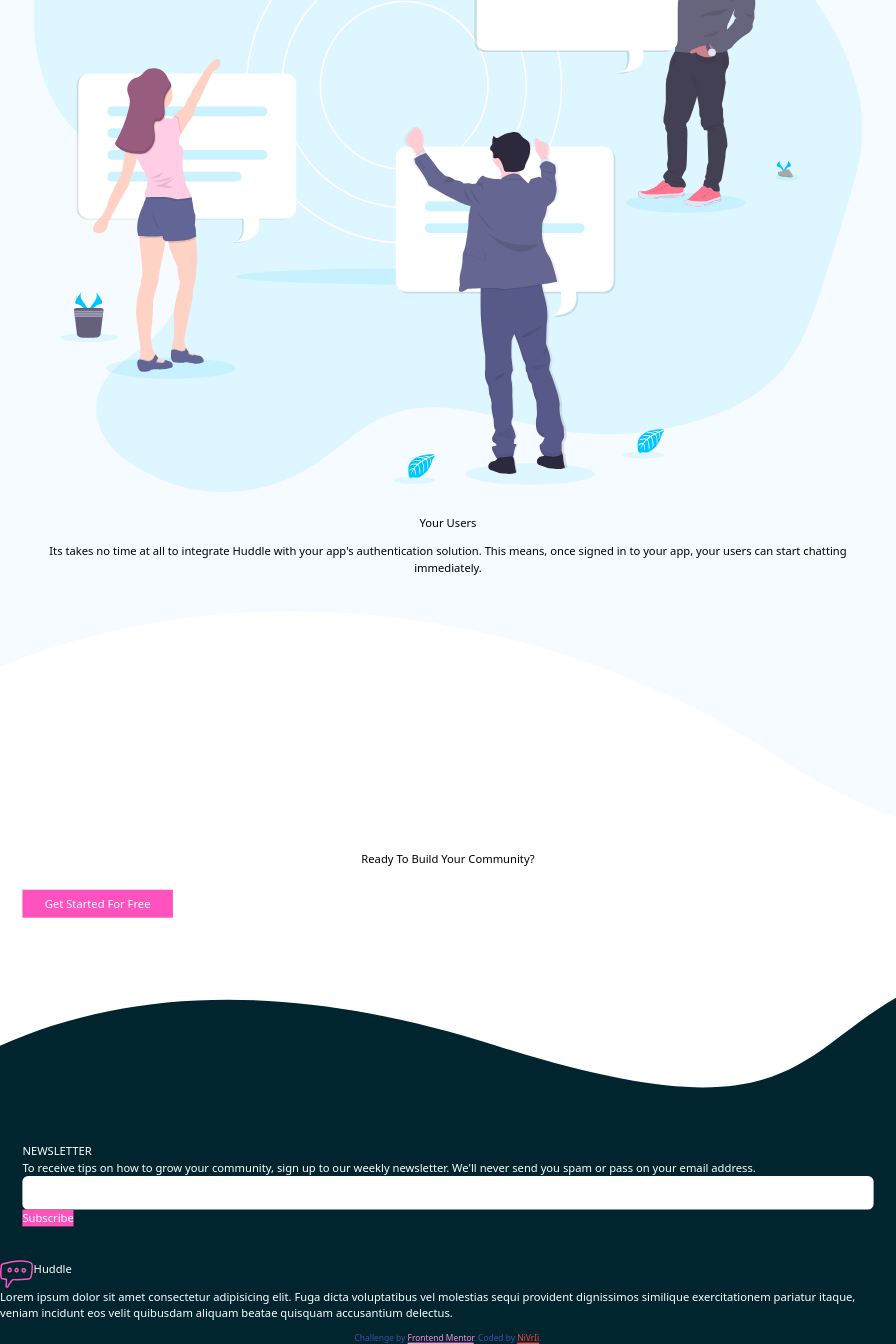
Repository: nivrii/huddle-landing-page-with-curved-sections-master
Page: /
These files come from the project's save history. The page is drawn as it stood at one moment and after the next save; the edit follows.
The browser window is 1280 px wide. The pictures show the part of the page from y = 4580 to 6500 px (the page is 6516 px tall before and 6484 px after), at 70% of full size.
The project was rebuilt for these pictures with package versions that can differ from the ones it lists, and the page was loaded fresh each time. Also part of the build but not shown: vite.config.js.

Above is the page before, as saved 2024-04-15 16:25:18.

### src/App.jsx
import "./App.css";
import message from "./assets/images/icon-messages.svg";
import communities from "./assets/images/icon-communities.svg";

import screenMockup from "./assets/images/screen-mockups.svg";
import grow from "./assets/images/illustration-grow-together.svg";
import users from "./assets/images/illustration-your-users.svg";
import conversation from "./assets/images/illustration-flowing-conversation.svg";

import sectionTop1M from "./assets/images/bg-section-top-mobile-1.svg";
import sectionTop2M from "./assets/images/bg-section-top-mobile-2.svg";
import sectionBottom1M from "./assets/images/bg-section-bottom-mobile-1.svg";
import sectionBottom2M from "./assets/images/bg-section-bottom-mobile-2.svg";
import footerTopM from "./assets/images/bg-footer-top-mobile.svg";

function App() {
  return (
    <div className=" box-border m-0 bg-white w-screen min-h-screen">
      <section className="p-2h">
        <div className="flex flex-row w-full">
          <div className="flex flex-row align-middle  w-3/5">
            <img src={message} className="my-auto w-8 h-8" />
            <h1 className="text-3xl font-Poppins text-Very-dark-cyan font-bold my-auto">
              Huddle
            </h1>
          </div>
          <div className="flex align-middle justify-end w-2/5">
            <input
              className="border-2 border-Light-pink text-Light-pink font-Poppins rounded-3xl px-6 py-2"
              type="button"
              value="Try It Free"
            />
          </div>
        </div>
      </section>

      <section>
        <div className="w-full ">
          <h1>Build The Community Your Fans Will Love</h1>
          <p className="text-wrap">
            Huddle re-imagines the way we build communities. You have a voice,
            so does your audience. Create connections with your users as you
            engage in genuine discussion
          </p>
          <input
            type="submit"
            name="start"
            className="outline-none text-white bg-Pink"
          />
        </div>
      </section>

      <section className="mt-4 m">
        <div className="mx-auto">
          <img src={screenMockup} className="object-contain" />
        </div>
      </section>

      <section className="flex flex-col justify-center">
        <div className="mx-auto w-1/2 ">
          <img src={communities} alt="communities" />
          <h1 className="w-full font-bold text-6xl">1.4k+</h1>
          <p>Communities Formed</p>
        </div>
        <div className="mx-auto w-1/2">
          <img src={message} alt="message" />
          <h1 className="w-full font-bold text-6xl">2.7m+</h1>
          <p>Messages Sent</p>
        </div>
      </section>

      <img src={sectionTop1M} alt="top-top" className="w-full" />

      <section className="flex flex-col space-y-8 bg-sectionBG px-8 py-12">
        <img src={grow} alt="" className="mb-12" />
        <div className="flex flex-col space-y-4 text-center">
          <h1>Grow Together</h1>
          <p>
            Generate meaningful discussions with your audience and build a
            strong, loyal community. Think of the insightful conversations you
            miss out on with a feedback form.
          </p>
        </div>
      </section>

      <img src={sectionBottom1M} alt="top-bottom" className="w-full" />

      <section className="flex flex-col space-y-8 my-20 px-8">
        <img src={conversation} alt="conversations" className="px-4" />
        <div className="flex flex-col space-y-4 text-center">
          <h1>Flowing Conversations</h1>
          <p>
            You wouldn&apos;t paginate a conversation in real life, so why do it
            online? Our threads have just-in-time loading for a more natural
            flow.
          </p>
        </div>
      </section>

      <img src={sectionTop2M} alt="bottom-top" className="w-full" />

      <section className="bg-sectionBG">
        <div className="flex flex-col space-y-8  px-8">
          <img src={users} alt="conversations" className="px-4" />
          <div className="flex flex-col space-y-4 text-center">
            <h1>Your Users</h1>
            <p>
              Its takes no time at all to integrate Huddle with your app&apos;s
              authentication solution. This means, once signed in to your app,
              your users can start chatting immediately.
            </p>
          </div>
        </div>
      </section>

      <img src={sectionBottom2M} alt="bottom-bottom" className="w-full" />

      <section className="flex flex-col space-y-8 mt-12 px-8 mb-28">
        <h1 className="text-center">Ready To Build Your Community?</h1>
        <input
          type="button"
          value="Get Started For Free"
          className="outline-none bg-Pink text-white w-fit py-2 px-8"
        />
      </section>

      <img src={footerTopM} alt="" className="w-full" />

      <footer className="bg-bgFooter -mt-1 pb-4">
        <div className="p-8 text-white">
          <h1>NEWSLETTER</h1>
          <p>
            To receive tips on how to grow your community, sign up to our weekly
            newsletter. We&apos;ll never send you spam or pass on your email
            address.
          </p>
          <input type="text" className="w-full rounded-lg h-12" />
          <input
            type="button"
            value="Subscribe"
            className="outline-none text-white bg-Pink"
          />
        </div>
        <div className="py-4">
          <div className="flex text-white">
            <img
              src={message}
              alt="message"
              className="fill-white stroke-white"
            />
            <h1>Huddle</h1>
          </div>
          <p className="text-white">
              Lorem ipsum dolor sit amet consectetur adipisicing elit. Fuga
              dicta voluptatibus vel molestias sequi provident dignissimos
              similique exercitationem pariatur itaque, veniam incidunt eos
              velit quibusdam aliquam beatae quisquam accusantium delectus.
            </p>
        </div>
        <p className="text-xs text-center text-attribution">
          Challenge by{" "}
          <a
            href="https://www.frontendmentor.io?ref=challenge"
            target="_blank"
            className="text-Light-pink underline decoration-solid decoration-4"
          >
            Frontend Mentor
          </a>
          . Coded by{" "}
          <a
            href="https://github.com/nivrii/huddle-landing-page-with-curved-sections-master"
            className="underline decoration-solid decoration-4 text-Light-red"
          >
            NiVrIi
          </a>
          .
        </p>
      </footer>
    </div>
  );
}

export default App;

### src/App.css
@import "tailwindcss/base";
@import "tailwindcss/components";
@import "tailwindcss/utilities";
@import url('https://fonts.google.com/specimen/Poppins');
@import url('https://fonts.google.com/specimen/Open+Sans');

### tailwind.config.js
/** @type {import('tailwindcss').Config} */

/*! tailwindcss v2.2.7 | MIT License | https://tailwindcss.com */
export default {
  content: [
    "./index.html",
    "./src/**/*.{js,ts,jsx,tsx}",
  ],
  theme: {
    extend: {
      screens: {
        'xs': '375px',
        'sm': '640px',
        'md': '768px',
        'lg': '1024px',
        'xl': '1440px',

      },
      colors: {
        'Pink': 'hsl(322, 100%, 66%)',
        'Light-pink': 'hsl(321, 100%, 78%)',
        'Light-red': 'hsl(0, 100%, 63%)',
        'Very-dark-cyan': 'hsl(192, 100%, 9%)',
        'Very-dark-blue': 'hsl(207, 100%, 98%)',
        'sectionBG': '#F6FBFF',
        'bgFooter': '#00252E',
        'attribution': 'hsl(228, 45%, 44%)',
      },
      fontFamily: {
        'Poppins': ['Poppins', 'sans-serif'],
        'Open-sans': ['Open Sans', 'serif'],
      },
    },
  },
  plugins: [],
}

Loaded but not shown: index.html (common file); src/main.jsx (common file)

After the next save:
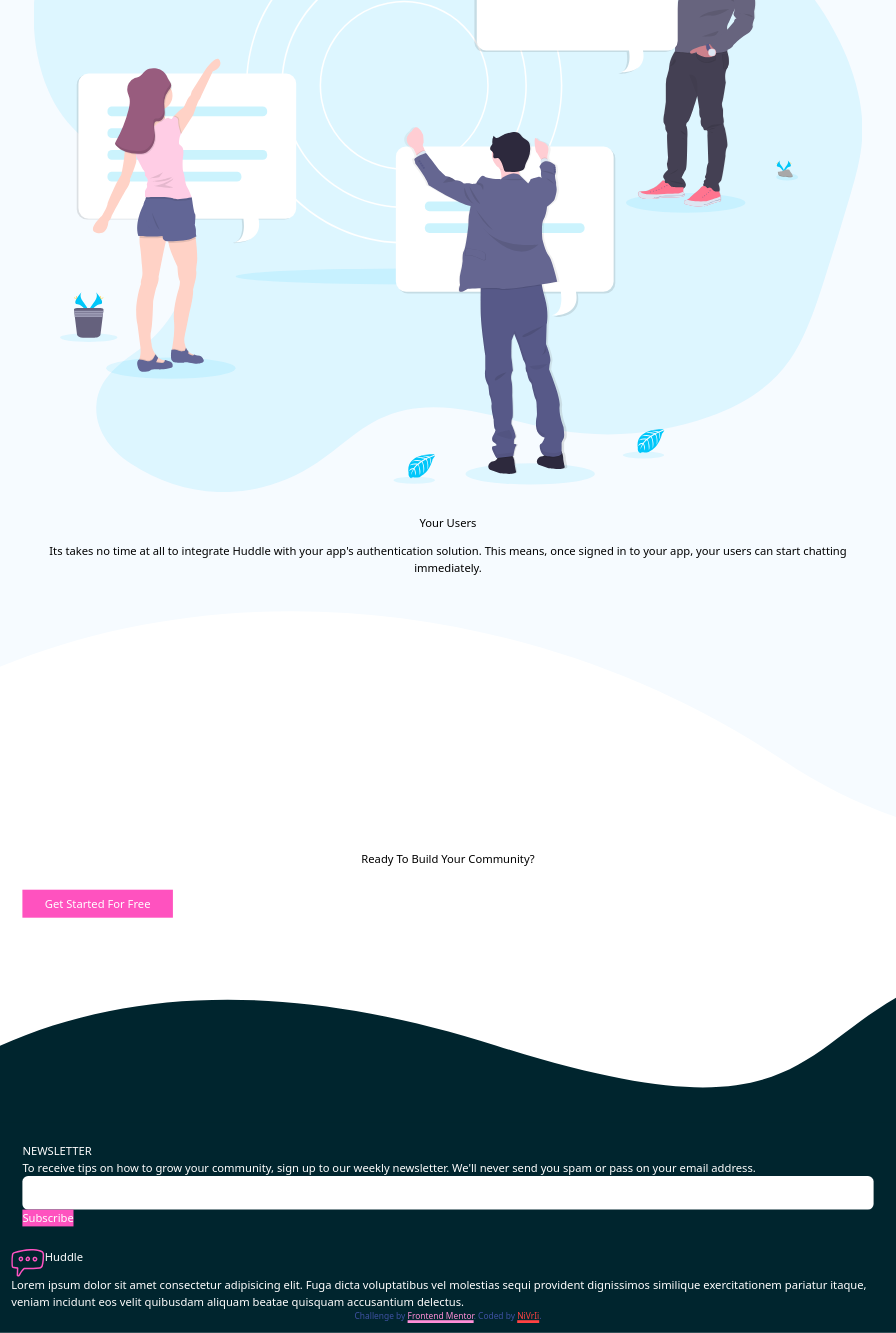
Saved 7 s later.
--- a/src/App.jsx
+++ b/src/App.jsx
@@ -141,7 +141,7 @@
             className="outline-none text-white bg-Pink"
           />
         </div>
-        <div className="py-4">
+        <div className="px-4">
           <div className="flex text-white">
             <img
               src={message}
